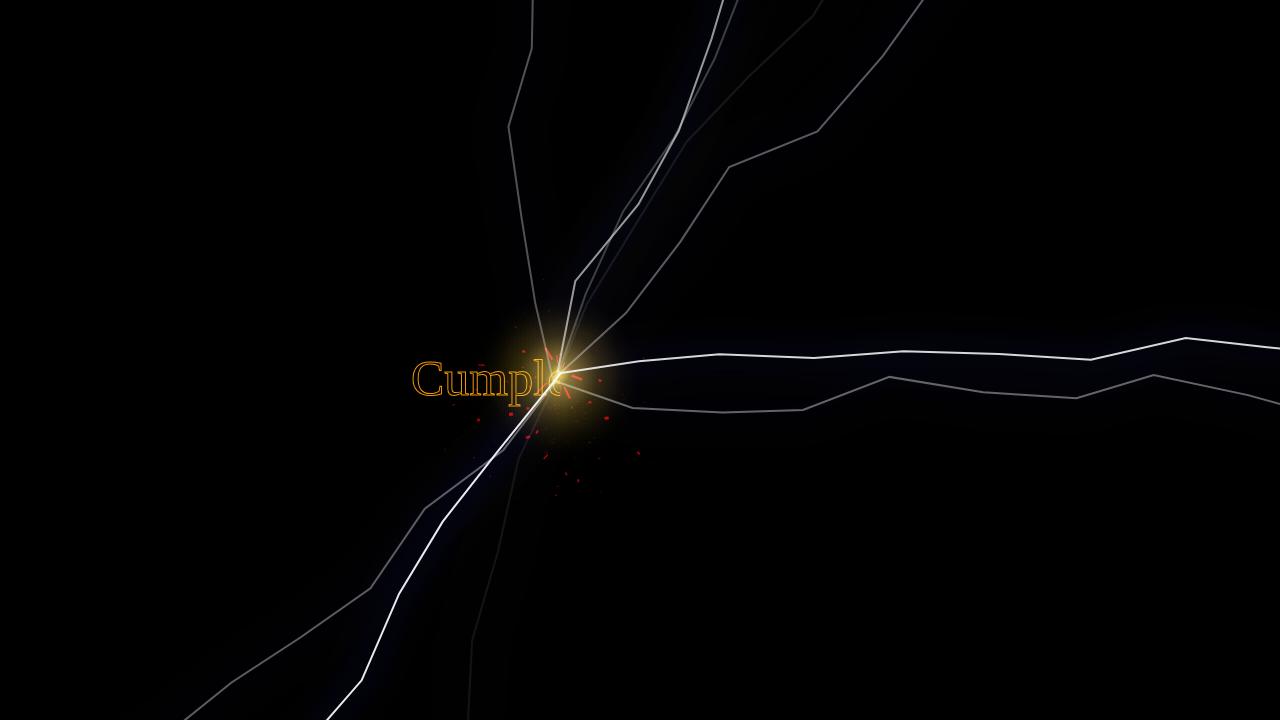
Repository: hosoya08/Raiki
Page: main.html
An editor plug-in stored every save of this project. The page is shown before and after the next save, followed by the edit.
The browser window is 1280 px wide. The pictures show the whole page.
Some web fonts or font styles are not loaded; a fallback is used.

Above is the page before, as saved 2025-03-25 23:57:18.

### main.html
<!DOCTYPE html>
<html lang="en">
<head>
    <meta charset="UTF-8">
    <meta name="viewport" content="width=device-width, initial-scale=1.0">
    <title>test</title>
    <link rel="stylesheet" href="main.css">
</head>
<body>

    <div class="page page-thunder-to-text">
        <input id="input" type="text" maxlength="24" placeholder="raiki" style="display:none;">
        <canvas id="canvas"></canvas>
    </div>

    <script src="script.js"></script>
</body>
</html>

### main.css
@import url("https://fonts.googleapis.com/css?family=Voltaire");
html,
body {
  background: #333;
  margin: 0;
  height: 100%;
  overflow: hidden;
}

#textFill {
  animation: alphaRandom 1s linear infinite;
}

#textGlow {
  animation: alphaRandom2 1s linear infinite;
}

@keyframes alphaRandom {
  0% {
    opacity: 0.8219337334;
  }
  10% {
    opacity: 0.9826474012;
  }
  20% {
    opacity: 0.8784141065;
  }
  30% {
    opacity: 0.7149556183;
  }
  40% {
    opacity: 0.9556301227;
  }
  50% {
    opacity: 0.7870307307;
  }
  60% {
    opacity: 0.8868483326;
  }
  70% {
    opacity: 0.9359252135;
  }
  80% {
    opacity: 0.7186274177;
  }
  90% {
    opacity: 0.9327301979;
  }
  100% {
    opacity: 0.837924936;
  }
}
@keyframes alphaRandom2 {
  0% {
    opacity: 0.7549817306;
  }
  10% {
    opacity: 0.7824141662;
  }
  20% {
    opacity: 0.7585337883;
  }
  30% {
    opacity: 0.7542422182;
  }
  40% {
    opacity: 0.7956797351;
  }
  50% {
    opacity: 0.8821569643;
  }
  60% {
    opacity: 0.9860754458;
  }
  70% {
    opacity: 0.9238546186;
  }
  80% {
    opacity: 0.99889331;
  }
  90% {
    opacity: 0.9833467613;
  }
  100% {
    opacity: 0.9734773483;
  }
}
.page-thunder-to-text {
  position: relative;
  overflow: hidden;
}
.page-thunder-to-text canvas {
  display: block;
}
.page-thunder-to-text input {
  position: absolute;
  bottom: 50px;
  left: 0;
  right: 0;
  display: block;
  outline: none;
  background-color: rgba(38, 50, 56, 0.2);
  color: #ffffff;
  border: none;
  width: 50%;
  min-width: 500px;
  max-width: 100%;
  margin: auto;
  height: 60px;
  line-height: 60px;
  font-size: 40px;
  padding: 0 20px;
}
.page-thunder-to-text input:hover, .page-thunder-to-text input:focus {
  border: 1px solid rgba(38, 50, 56, 0.6);
}
.page-thunder-to-text input::-webkit-input-placeholder {
  color: rgba(255, 255, 255, 0.1);
}/*# sourceMappingURL=main_20250325233303.css.map */

### script.js
let canvas, ctx, w, h, thunder, text, particles, input

function Thunder(options) {
  options = options || {}
  this.lifespan = options.lifespan || Math.round(Math.random() * 10 + 10)
  this.maxlife = this.lifespan
  this.color = options.color || "#fefefe"
  this.glow = options.glow || "#2323fe"
  this.x = options.x || Math.random() * w
  this.y = options.y || Math.random() * h
  this.width = options.width || 2
  this.direct = options.direct || Math.random() * Math.PI * 2
  this.max = options.max || Math.round(Math.random() * 10 + 20)
  this.segments = [...new Array(this.max)].map(() => {
    return {
      direct: this.direct + (Math.PI * Math.random() * 0.2 - 0.1),
      length: Math.random() * 20 + 80,
      change: Math.random() * 0.04 - 0.02,
    }
  })

  this.update = function (index, array) {
    this.segments.forEach((s) => {
      ;(s.direct += s.change) && Math.random() > 1 && (s.change *= -1)
    })
    ;(this.lifespan > 0 && this.lifespan--) || this.remove(index, array)
  }

  this.render = function (ctx) {
    if (this.lifespan <= 0) return
    ctx.beginPath()
    ctx.globalAlpha = this.lifespan / this.maxlife
    ctx.strokeStyle = this.color
    ctx.lineWidth = this.width
    ctx.shadowBlur = 32
    ctx.shadowColor = this.glow
    ctx.moveTo(this.x, this.y)
    let prev = { x: this.x, y: this.y }
    this.segments.forEach((s) => {
      const x = prev.x + Math.cos(s.direct) * s.length
      const y = prev.y + Math.sin(s.direct) * s.length
      prev = { x: x, y: y }
      ctx.lineTo(x, y)
    })
    ctx.stroke()
    ctx.closePath()
    ctx.shadowBlur = 0
    const strength = Math.random() * 80 + 40
    const light = ctx.createRadialGradient(this.x, this.y, 0, this.x, this.y, strength)
    light.addColorStop(0, "rgba(250, 200, 50, 0.6)")
    light.addColorStop(0.1, "rgba(250, 200, 50, 0.2)")
    light.addColorStop(0.4, "rgba(250, 200, 50, 0.06)")
    light.addColorStop(0.65, "rgba(250, 200, 50, 0.01)")
    light.addColorStop(0.8, "rgba(250, 200, 50, 0)")
    ctx.beginPath()
    ctx.fillStyle = light
    ctx.arc(this.x, this.y, strength, 0, Math.PI * 2)
    ctx.fill()
    ctx.closePath()
  }

  this.remove = function (index, array) {
    array.splice(index, 1)
  }
}

function Spark(options) {
  options = options || {}
  this.x = options.x || w * 0.5
  this.y = options.y || h * 0.5
  this.v = options.v || { direct: Math.random() * Math.PI * 2, weight: Math.random() * 14 + 2, friction: 0.88 }
  this.a = options.a || { change: Math.random() * 0.4 - 0.2, min: this.v.direct - Math.PI * 0.4, max: this.v.direct + Math.PI * 0.4 }
  this.g = options.g || { direct: Math.PI * 0.5 + (Math.random() * 0.4 - 0.2), weight: Math.random() * 0.25 + 0.25 }
  this.width = options.width || Math.random() * 3
  this.lifespan = options.lifespan || Math.round(Math.random() * 20 + 40)
  this.maxlife = this.lifespan
  this.color = options.color || "#e60012"
  this.prev = { x: this.x, y: this.y }

  this.update = function (index, array) {
    this.prev = { x: this.x, y: this.y }
    this.x += Math.cos(this.v.direct) * this.v.weight
    this.x += Math.cos(this.g.direct) * this.g.weight
    this.y += Math.sin(this.v.direct) * this.v.weight
    this.y += Math.sin(this.g.direct) * this.g.weight
    this.v.weight > 0.2 && (this.v.weight *= this.v.friction)
    this.v.direct += this.a.change
    ;(this.v.direct > this.a.max || this.v.direct < this.a.min) && (this.a.change *= -1)
    this.lifespan > 0 && this.lifespan--
    this.lifespan <= 0 && this.remove(index, array)
  }

  this.render = function (ctx) {
    if (this.lifespan <= 0) return
    ctx.beginPath()
    ctx.globalAlpha = this.lifespan / this.maxlife
    ctx.strokeStyle = this.color
    ctx.lineWidth = this.width
    ctx.moveTo(this.x, this.y)
    ctx.lineTo(this.prev.x, this.prev.y)
    ctx.stroke()
    ctx.closePath()
  }

  this.remove = function (index, array) {
    array.splice(index, 1)
  }
}

function Particles(options) {
  options = options || {}
  this.max = options.max || Math.round(Math.random() * 10 + 10)
  this.sparks = [...new Array(this.max)].map(() => new Spark(options))

  this.update = function () {
    this.sparks.forEach((s, i) => s.update(i, this.sparks))
  }

  this.render = function (ctx) {
    this.sparks.forEach((s) => s.render(ctx))
  }
}

function Text(options) {
  options = options || {}
  const pool = document.createElement("canvas")
  const buffer = pool.getContext("2d")
  pool.width = w
  buffer.fillStyle = "#000000"
  buffer.fillRect(0, 0, pool.width, pool.height)

  this.size = options.size || 50
  this.copy = (options.copy || `Hello!`) + " "
  this.color = options.color || "#f39700"
  this.delay = options.delay || 2
  this.basedelay = this.delay
  buffer.font = `${this.size}px Comic Sans MS`
  this.bound = buffer.measureText(this.copy)
  this.bound.height = this.size * 1.5
  this.x = options.x || w * 0.5 - this.bound.width * 0.5
  this.y = options.y || h * 0.5 - this.size * 0.5

  buffer.strokeStyle = this.color
  buffer.strokeText(this.copy, 0, this.bound.height * 0.8)
  this.data = buffer.getImageData(0, 0, this.bound.width, this.bound.height)
  this.index = 0

  this.update = function () {
    if (this.index >= this.bound.width) return;
    const data = this.data.data
    for (let i = this.index * 4; i < data.length; i += 4 * this.data.width) {
      const bitmap = data[i] + data[i + 1] + data[i + 2] + data[i + 3]
      if (bitmap > 255 && Math.random() > 0.96) {
        const x = this.x + this.index
        const y = this.y + i / this.bound.width / 4
        thunder.push(
          new Thunder({
            x: x,
            y: y,
          })
        )
        Math.random() > 0.5 &&
          particles.push(
            new Particles({
              x: x,
              y: y,
            })
          )
      }
    }
    if (this.delay-- < 0) {
      this.index++
      this.delay += this.basedelay
    }
  }

  this.render = function (ctx) {
    ctx.putImageData(this.data, this.x, this.y, 0, 0, this.index, this.bound.height)
  }
}

function loop() {
  update()
  render()
 // すべての文字が表示され、雷と火花も消滅したらループ終了
 const textFinished = text.index >= text.bound.width;
 const animationFinished = thunder.length === 0 && particles.length === 0;

 if (!textFinished || !animationFinished) {
     requestAnimationFrame(loop);
 } else {
     console.log('アニメーション完了');
 }
}

function update() {
  text.update()
  thunder.forEach((l, i) => l.update(i, thunder)) // 雷の演出（繰り返し処理
  particles.forEach((p) => p.update()) //火花の演出（繰り返し処理
}

function render() {
  ctx.globalCompositeOperation = "source-over"
  ctx.globalAlpha = 1
  ctx.fillStyle = "#000000"
  ctx.fillRect(0, 0, w, h)
  //
  ctx.globalCompositeOperation = "screen"
  text.render(ctx)
  thunder.forEach((l) => l.render(ctx))
  particles.forEach((p) => p.render(ctx))
}

;(function () {
  //
  canvas = document.getElementById("canvas")
  input = document.getElementById("input")
  ctx = canvas.getContext("2d")
  w = window.innerWidth
  h = window.innerHeight
  canvas.width = w
  canvas.height = h
  thunder = []
  particles = []
  //
  text = new Text({
    copy: "Cumpleaño de Raiki!!",
  })

  canvas.addEventListener("click", (e) => {
    const x = e.clientX
    const y = e.clientY
    thunder.push(
      new Thunder({
        x: x,
        y: y,
      })
    )
    particles.push(
      new Particles({
        x: x,
        y: y,
      })
    )
  })
  let cb = 0
  input.addEventListener("keyup", (e) => {
    clearTimeout(cb)
    cb = setTimeout(() => {
      text = new Text({
        copy: input.value,
      })
    }, 300)
  })
  //
  loop()
})()

After the next save:
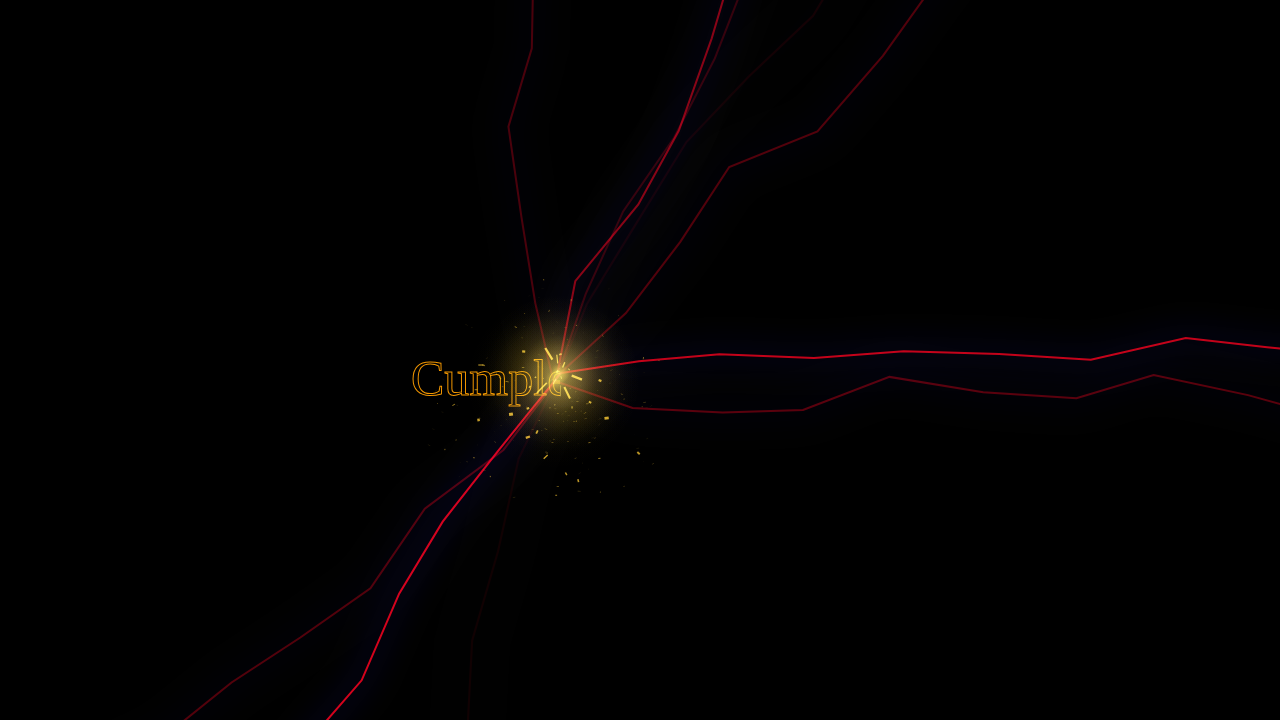
Saved 19 s later.
--- a/script.js
+++ b/script.js
@@ -4,7 +4,7 @@ function Thunder(options) {
   options = options || {}
   this.lifespan = options.lifespan || Math.round(Math.random() * 10 + 10)
   this.maxlife = this.lifespan
-  this.color = options.color || "#fefefe"
+  this.color = options.color || "#e60012"
   this.glow = options.glow || "#2323fe"
   this.x = options.x || Math.random() * w
   this.y = options.y || Math.random() * h
@@ -74,7 +74,7 @@ function Spark(options) {
   this.width = options.width || Math.random() * 3
   this.lifespan = options.lifespan || Math.round(Math.random() * 20 + 40)
   this.maxlife = this.lifespan
-  this.color = options.color || "#e60012"
+  this.color = options.color || "#feca32"
   this.prev = { x: this.x, y: this.y }
 
   this.update = function (index, array) {
